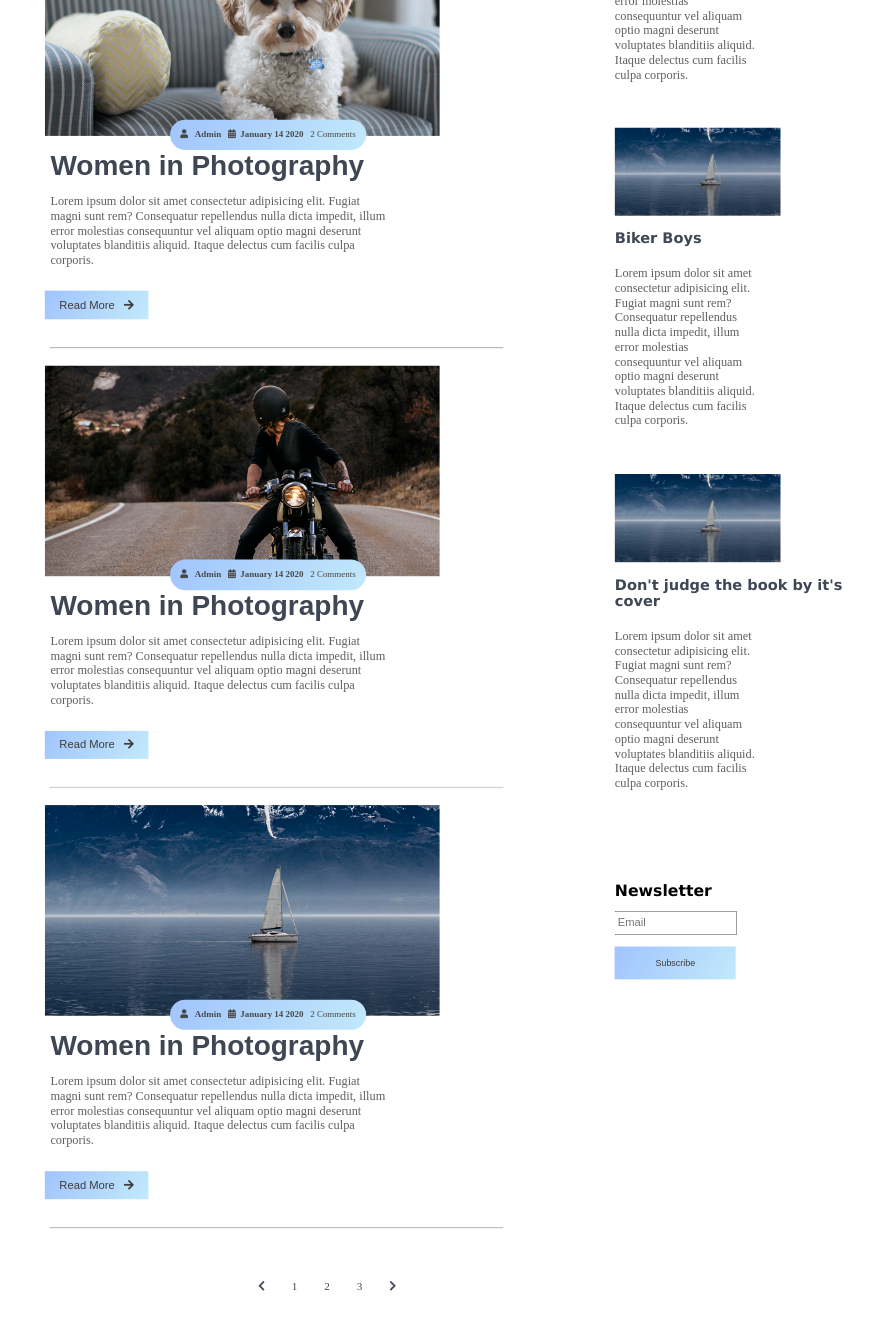
Repository: premjawaharp/Blogsite
Page: index.html
The author's editor kept a copy of each file at every save. The page is drawn from the files as they stood at one save, then again after the next save.
The browser window is 1280 px wide. The pictures show the part of the page from y = 2033 to 3953 px (the page is 3953 px tall), at 70% of full size.

Above is the page before, as saved 2020-09-16 21:50:58.

After the next save:
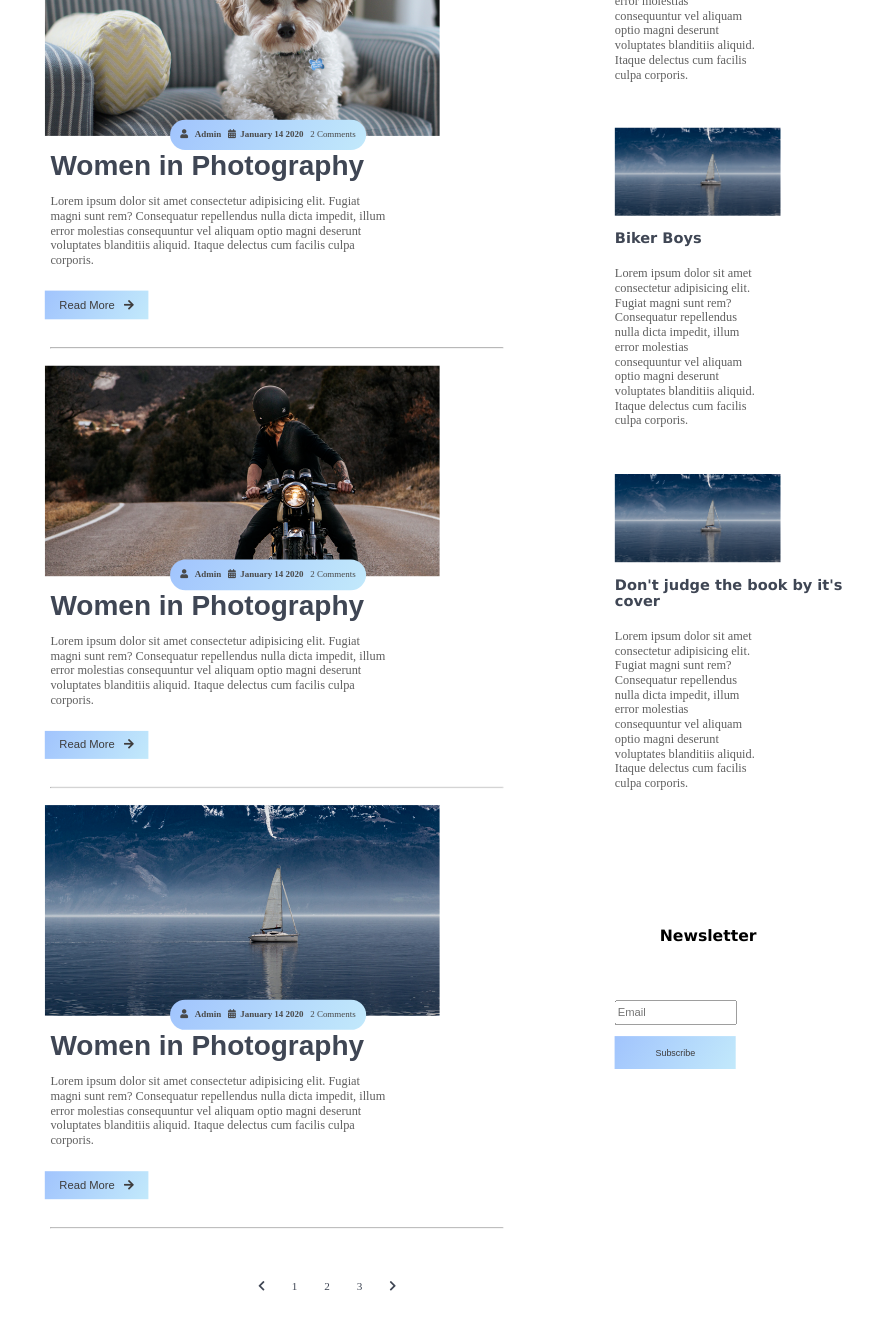
Saved 52 s later.
--- a/css/style.css
+++ b/css/style.css
@@ -392,7 +392,7 @@
     padding-top: 0rem;
 }
 .news-form h3{
-    margin:0rem;
+    margin:4rem;
     padding-bottom: 1rem;
     padding-left: .5rem
 }

After the 2 saves that followed:
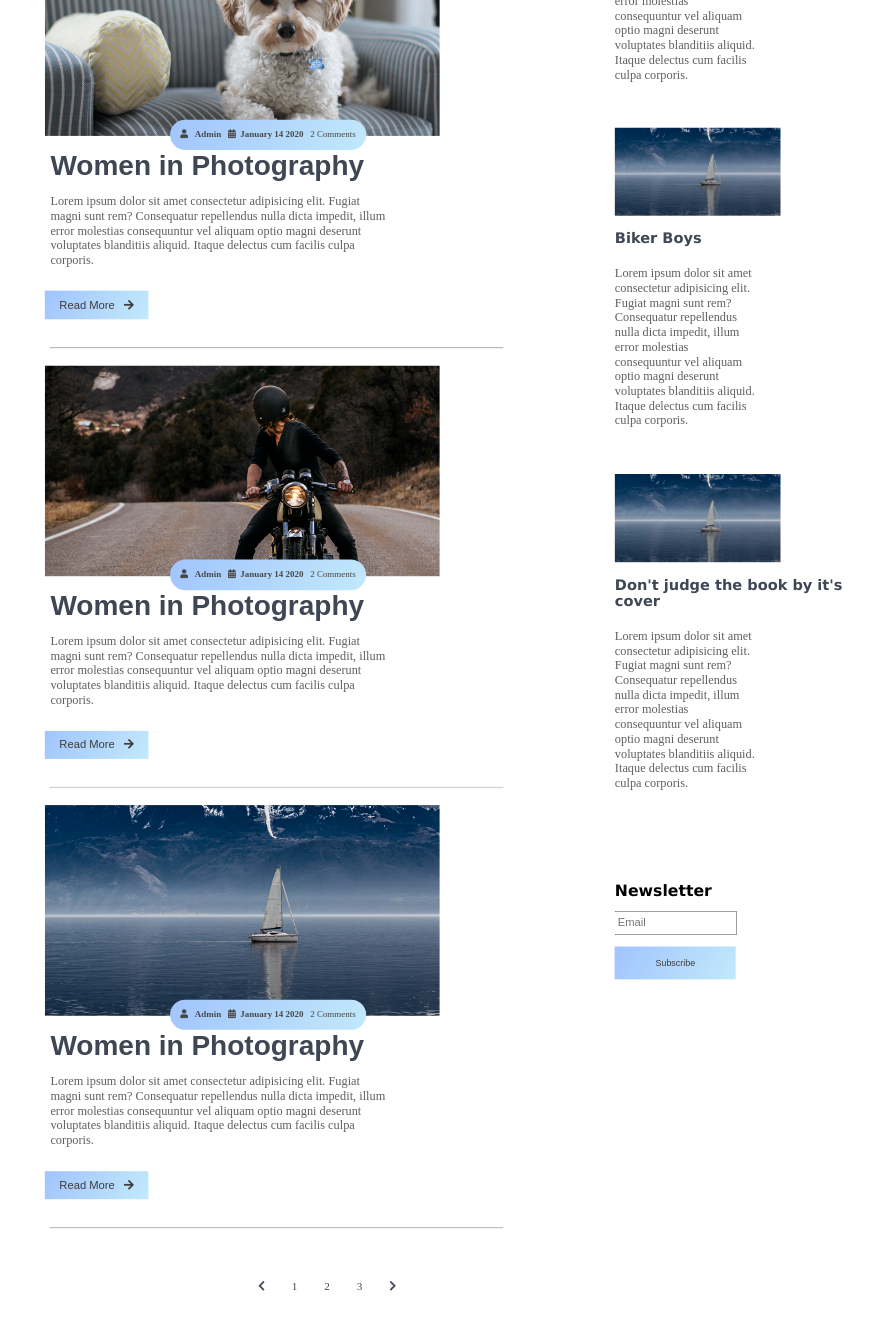
The 2 saves are shown as one change because they came seconds apart.
The last was saved 6 s later.
--- a/css/style.css
+++ b/css/style.css
@@ -392,7 +392,7 @@
     padding-top: 0rem;
 }
 .news-form h3{
-    margin:4rem;
+    margin:0rem;
     padding-bottom: 1rem;
     padding-left: .5rem
 }
